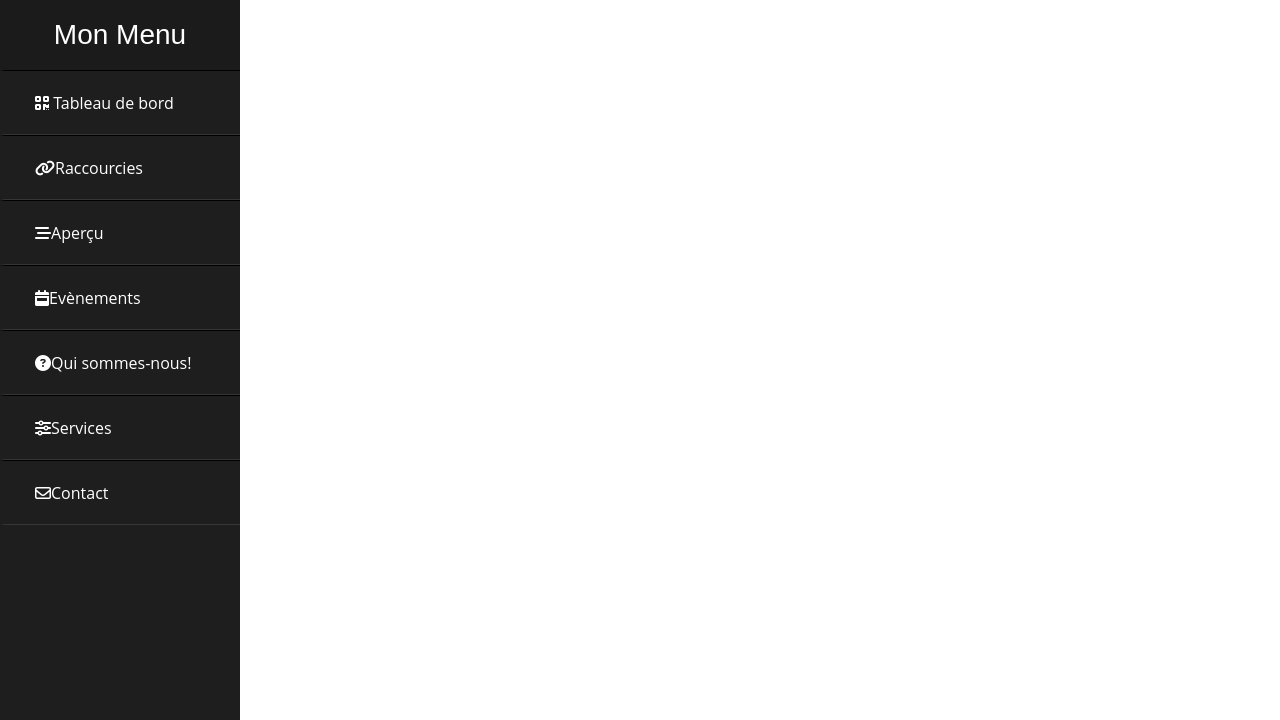
Repository: Alex-Serky/Dossier-Nav
Page: Nav-Responsive/index.html
An editor plug-in stored every save of this project. The page is shown before and after the next save, followed by the edit.
The browser window is 1280 px wide. The pictures show the whole page.
Some web fonts or font styles are not loaded; a fallback is used. Some web libraries are served in a nearby version.

Above is the page before, as saved 2020-02-21 20:22:15.

After the next save:
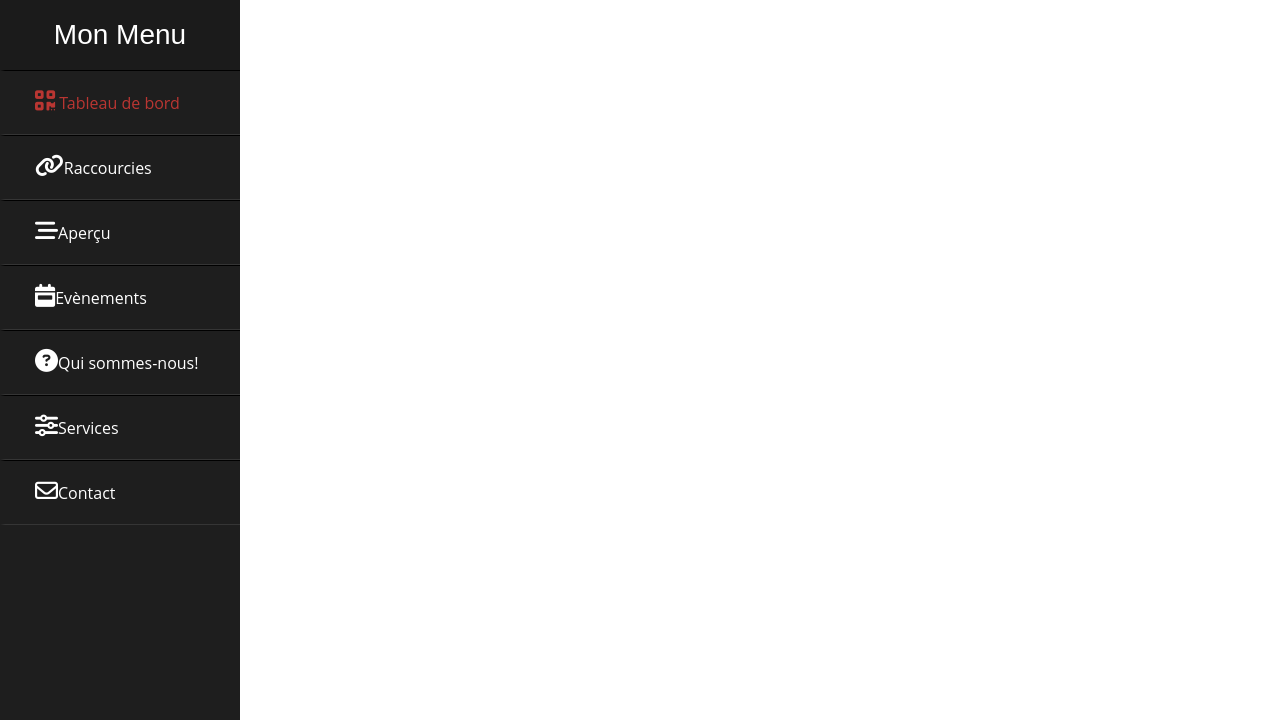
Saved 48 min 1 s later.
--- a/Nav-Responsive/style.css
+++ b/Nav-Responsive/style.css
@@ -40,4 +40,9 @@
 .active,
 a.active {
     left: 5px solid #b93632;
+    color: #b93632;
 }
+
+.sidebar a i {
+    font-size: 23px;
+}
